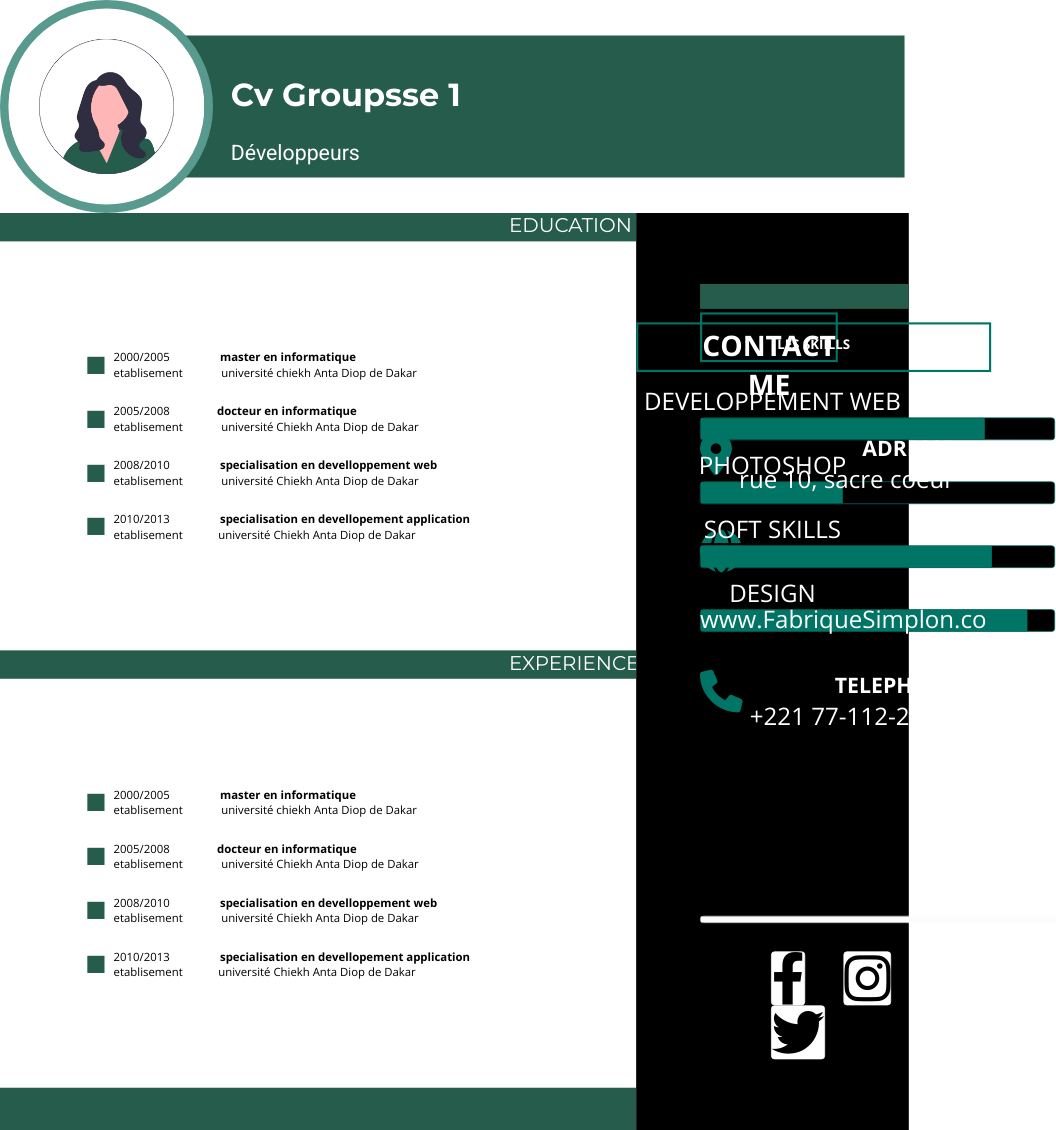
Repository: NdiongueFH/Mon_CV
Page: CV_Groupe1.html
An editor plug-in stored every save of this project. The page is shown before and after the next save, followed by the edit.
The browser window is 1280 px wide. The page is 1487 px wide, so the pictures cover 1487 px, including what lies to the right of the window. The pictures show the whole page, at 71% of full size.

Above is the page before, as saved 2024-08-05 15:00:50.

After the next save:
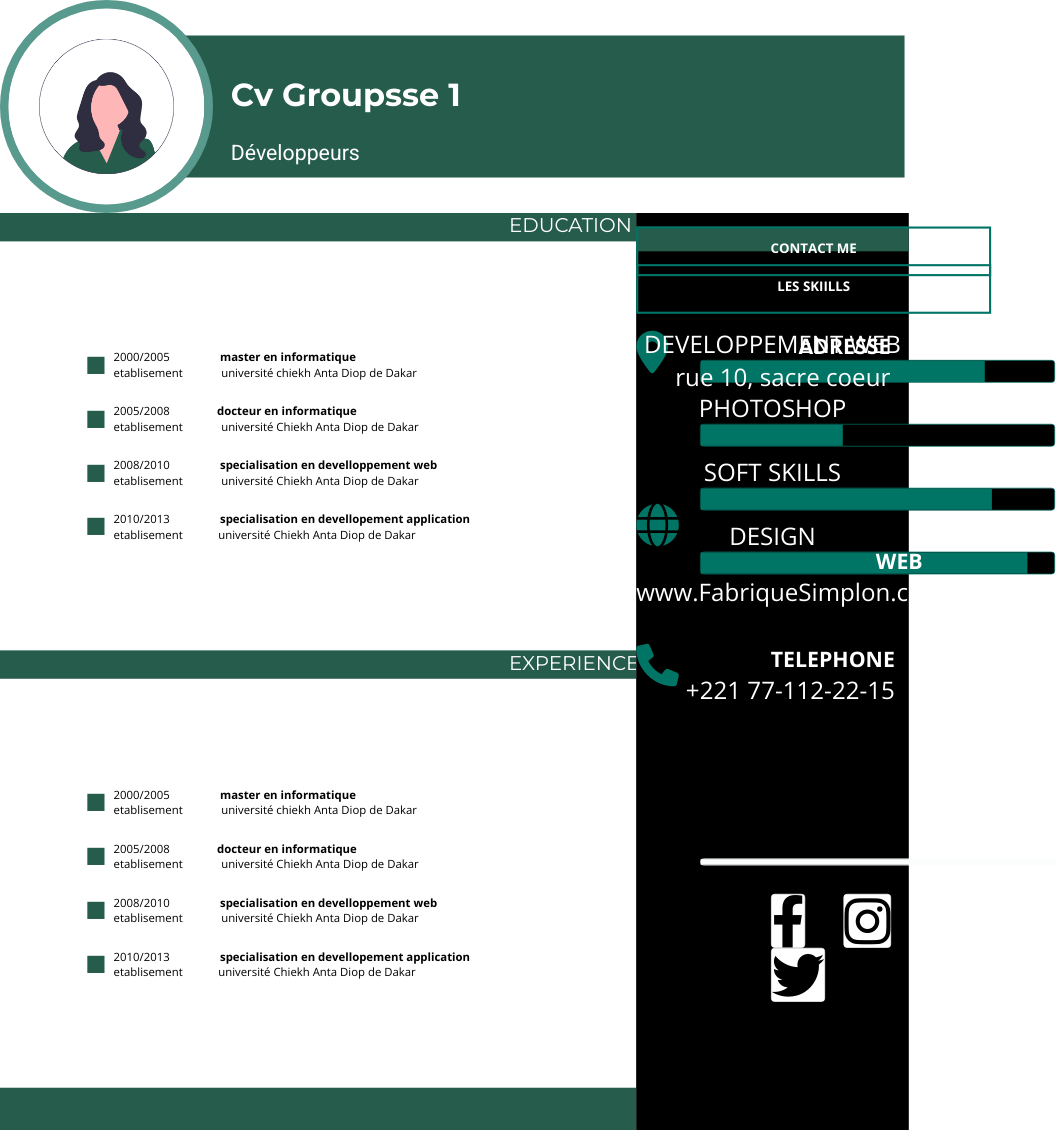
Saved 30 s later.
--- a/CV_Groupe1.css
+++ b/CV_Groupe1.css
@@ -214,15 +214,7 @@ margin-left: 50px;
         color: var(--color-white);
 
 }
-.titre_contact_skill{
-    display: flex;
-    flex-wrap: wrap;
-    font-size: 34px;
-    margin-left: 90px;
-    padding-top: 0px;
-    margin-top: 100px;
-
-}
+
 h1{
     border: #007566 solid;
     width: 500px;
